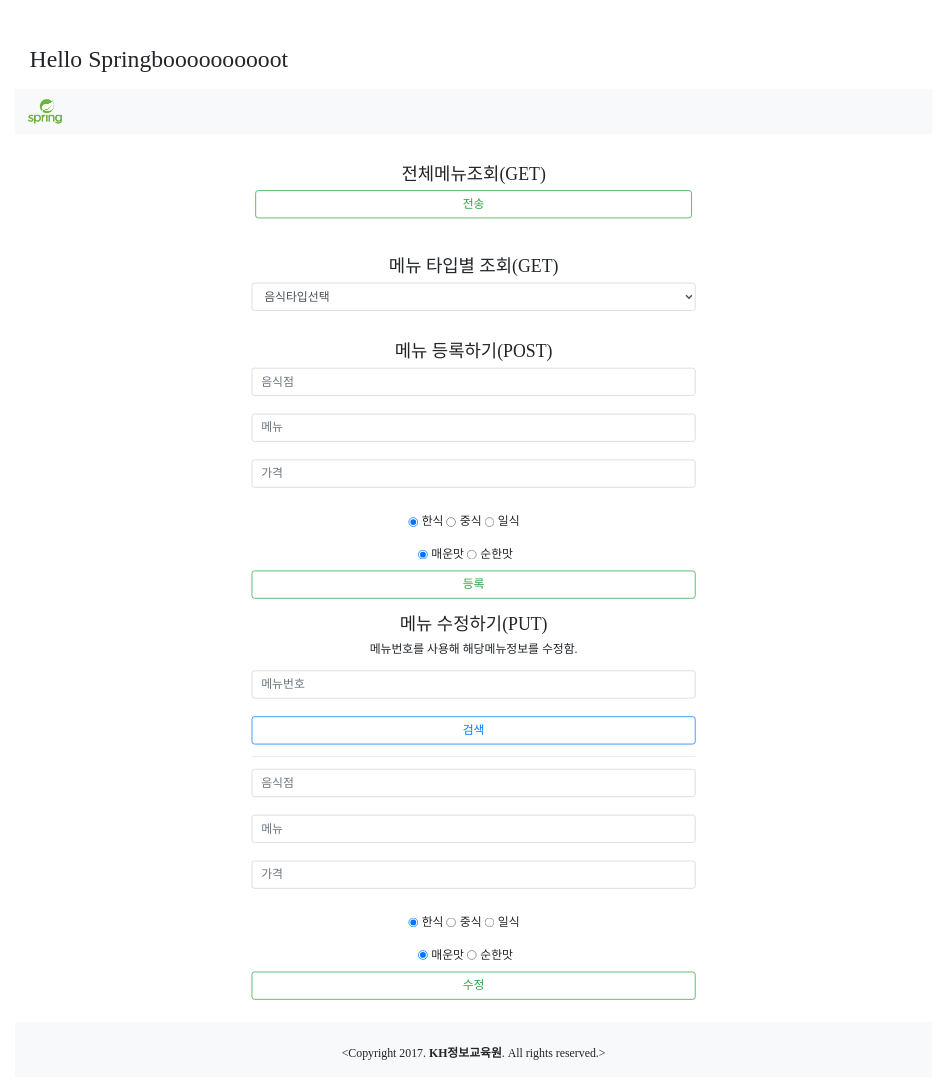
Repository: jinhak94/khspring
Page: http://localhost/springboot/
The author's editor kept a copy of each file at every save. The page is drawn from the files as they stood at one save, then again after the next save.
The browser window is 1280 px wide. The pictures show the whole page, at 74% of full size.
The page is served by Tomcat 9.

Above is the page before, as saved 2021-05-03 03:37:14.

After the next save:
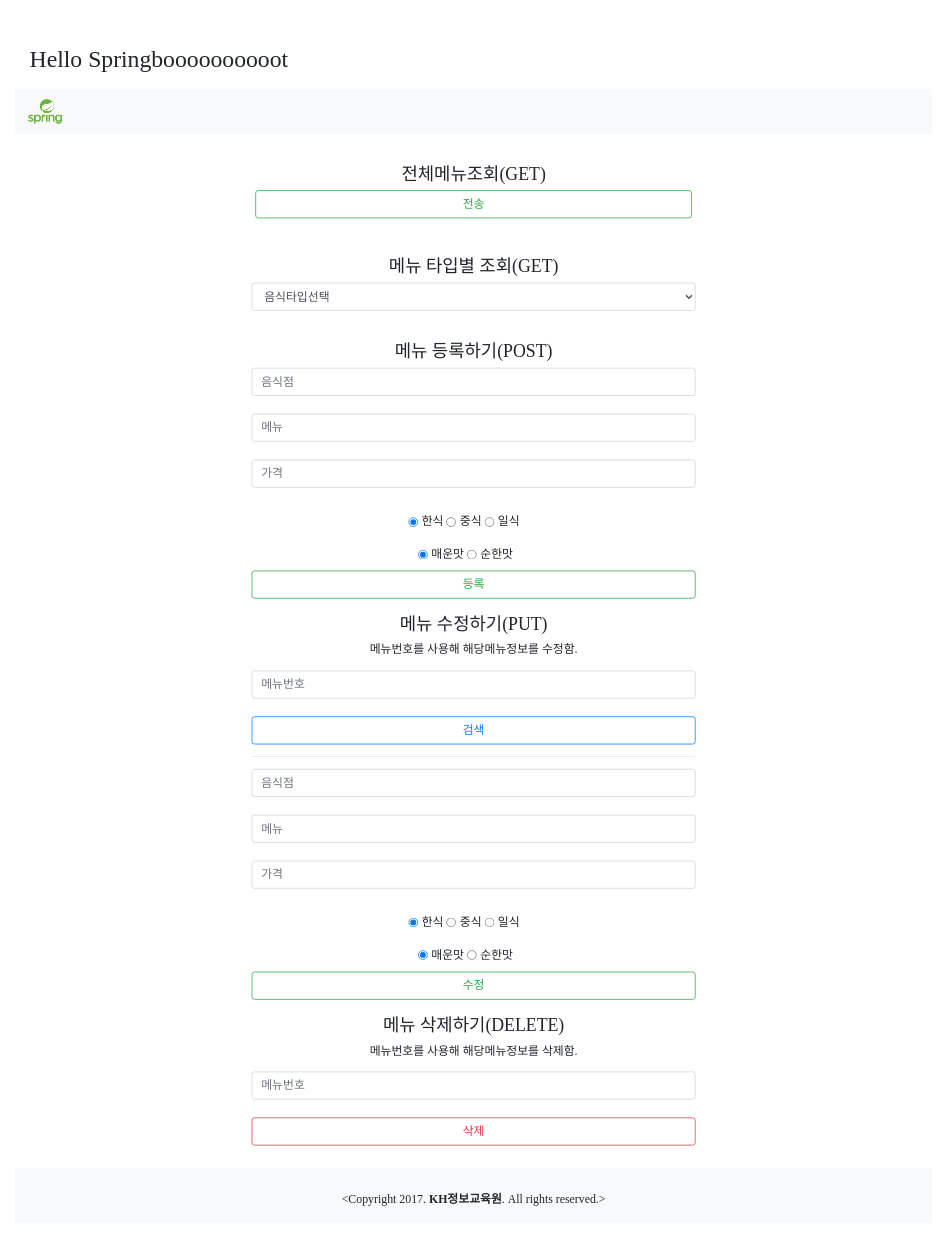
Saved 7 min 59 s later.
--- a/spring_workspace/springboot/springboot/src/main/webapp/index.jsp
+++ b/spring_workspace/springboot/springboot/src/main/webapp/index.jsp
@@ -293,6 +293,14 @@ function displayResultTable(selector, data){
 				});
 			});
 			</script>
+		    <div class="menu-test">
+			   	<h4>메뉴 삭제하기(DELETE)</h4>
+			   	<p>메뉴번호를 사용해 해당메뉴정보를 삭제함.</p>
+			   	<form id="menuDeleteFrm">
+			   		<input type="text" name="id" placeholder="메뉴번호" class="form-control" /><br />
+			   		<input type="submit" class="btn btn-block btn-outline-danger btn-send" value="삭제" >
+			   	</form>
+		     </div>
    </section>
    <footer>
       <p>&lt;Copyright 2017. <strong>KH정보교육원</strong>. All rights reserved.&gt;</p>
